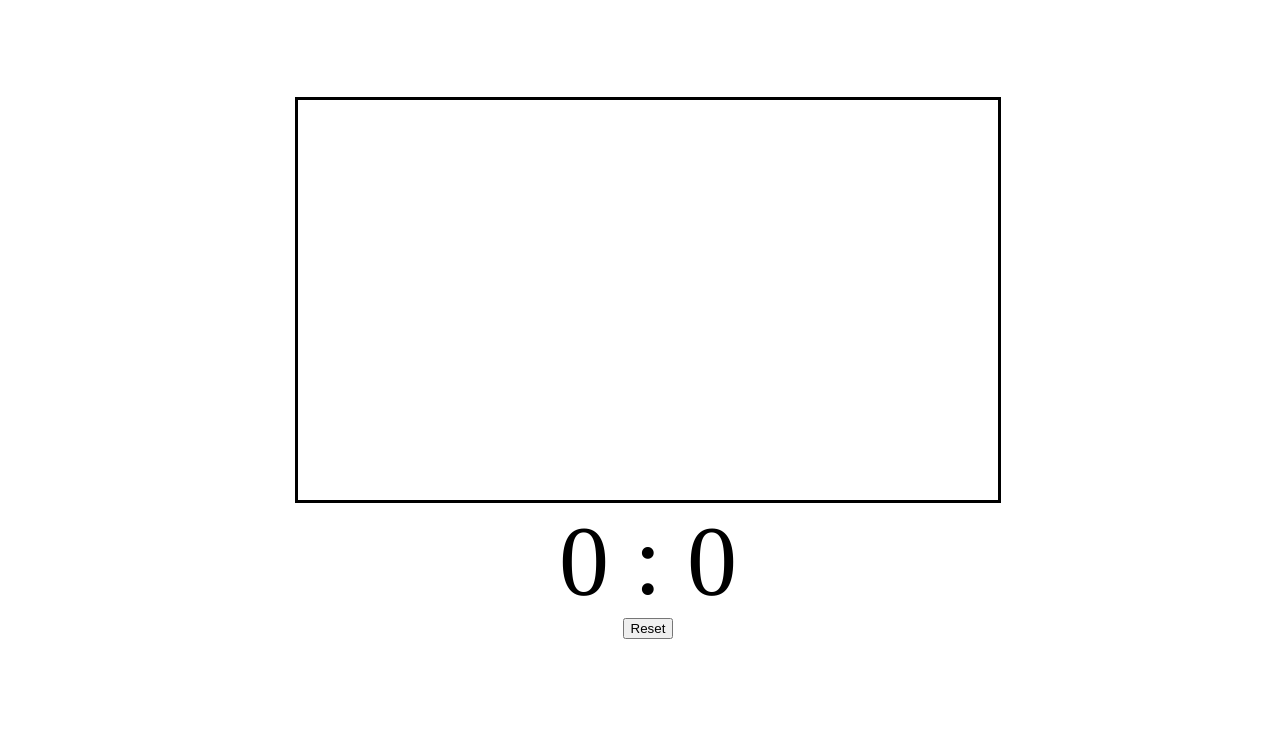
Repository: zacheys123/ping-pong
Page: index.html
These files come from the project's save history. The page is drawn as it stood at one moment and after the next save; the edit follows.
The browser window is 1280 px wide. The page is 1288 px wide, so the pictures cover 1288 px, including what lies to the right of the window. The pictures show the whole page.

Above is the page before, as saved 2023-06-30 22:58:55.

### index.html
<html lang="en">
	<head>
		<meta charset="UTF-8" />
		<meta http-equiv="X-UA-Compatible" content="IE=edge" />
		<meta
			name="viewport"
			content="width=device-width, initial-scale=1.0"
		/>
		<title>Ping pong</title>
		<link rel="stylesheet" href="style.css" />
	</head>
	<body>
		<div id="gamecontainer">
			<canvas id="gameboard"></canvas>
			<div id="scoretext">0 : 0</div>
			<button id="reset">Reset</button>
		</div>

		<script src="index.js"></script>
	</body>
</html>

### style.css
body {
	display: flex;
	justify-content: center;
	align-items: center;
	position: relative;
	width: 100vw;
	height: 100vh;
}
#gamecontainer {
	position: absolute;
	width: 100%;
	text-align: center;
}
#gameboard {
	border: 3px solid;
}
#scoretext {
	font-family: 'consolas' cursive;
	font-size: 100px;
}
#resetbutton {
	font-family: 'monospace' cursive;
	font-size: 22px;
	width: 25px;
}

### index.js
const canvas = document.querySelector('#gameboard');
const ctx = canvas.getContext('2d');
const scoreText = document.querySelector('#scoretext');
canvas.width = 700;
canvas.height = 400;
const gamewidth = canvas.width;
const gameheight = canvas.height;

After the next save:
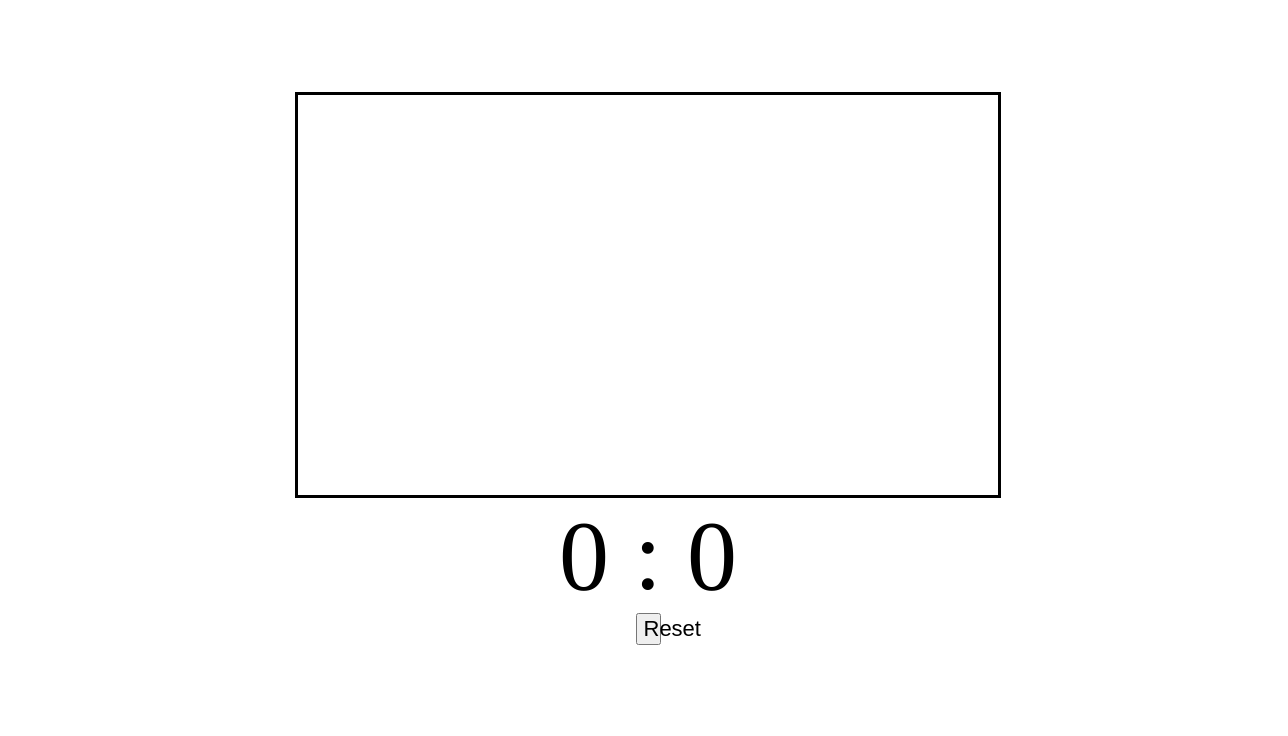
Saved 10 s later.
--- a/index.html
+++ b/index.html
@@ -13,7 +13,7 @@
 		<div id="gamecontainer">
 			<canvas id="gameboard"></canvas>
 			<div id="scoretext">0 : 0</div>
-			<button id="reset">Reset</button>
+			<button id="resetbutton">Reset</button>
 		</div>
 
 		<script src="index.js"></script>
